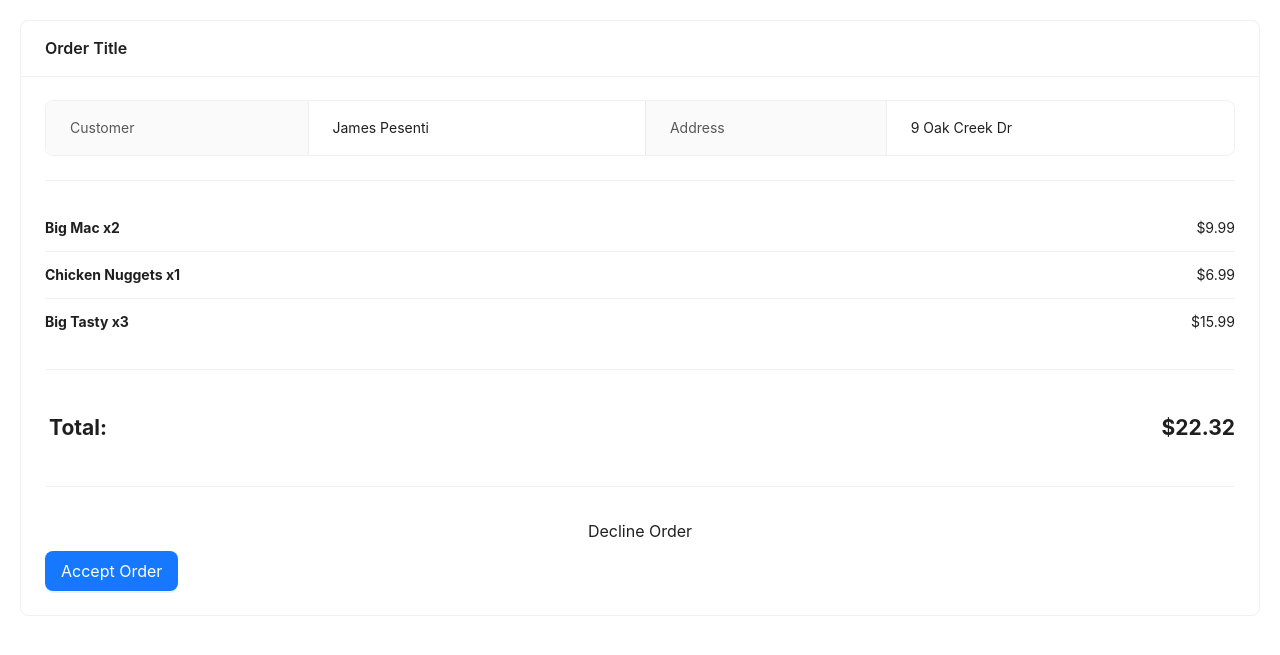
Repository: JamesPesenti/UberEatsDashboard
Page: /menu
These files come from the project's save history. The page is drawn as it stood at one moment and after the next save; the edit follows.
The browser window is 1280 px wide. The pictures show the whole page.
The project was rebuilt for these pictures with package versions that can differ from the ones it lists, and the page was loaded fresh each time.

Above is the page before, as saved 2023-02-25 07:06:39.

### src/index.js
import React from 'react';
import ReactDOM from 'react-dom/client';
import './index.css';
import App from './App';
// import "antd/dist/antd.css"


const root = ReactDOM.createRoot(document.getElementById('root'));
root.render(
  <React.StrictMode>
    <App />
  </React.StrictMode>
);

### src/App.js
import { Card, Descriptions, Divider, List, Button } from "antd"
import dishes from "../src/data/dishes.json"


function App() {
  return (
    <>
      <Card title={'Order Title'} style={{ margin: 20, marginVertical: 50}}>
        <Descriptions bordered column={{lg: 1, md: 1, sm: 1}}>
          <Descriptions.Item label="Customer">James Pesenti</Descriptions.Item>
          <Descriptions.Item label="Address">9 Oak Creek Dr</Descriptions.Item>
        </Descriptions>
        <Divider />
        <List
          dataSource={dishes}
          renderItem={(dishItem) => (
            <List.Item>
              <div style={{fontWeight: "bold"}}>{dishItem.name} x{dishItem.quantity}</div>
              <div>${dishItem.price}</div>
            </List.Item>
          )}
        />
        <Divider />
        <div style={styles.totalContainer}>
          <h2>Total:</h2>
          <h2 style={styles.totalPrice}>$22.32 </h2>
        </div>
        <Divider />
        <div style={styles.buttonContainer}>
            <Button block type="ghost" size="large">
              Decline Order
            </Button>
            <Button type="primary" size="large">
              Accept Order
            </Button>
        </div>
      </Card>
    </>
  );
}

const styles = {
  totalContainer: {
    flexDirection: "row",
    display: "flex",
    paddingLeft: 4
  },
  totalPrice: {
    marginLeft: "auto",
    fontWeight: "bold"
  },
  buttonContainer: {},
}

export default App;

Loaded but not shown: public/index.html (common file); src/index.css (common file); src/data/dishes.json (common file)

After the next save:
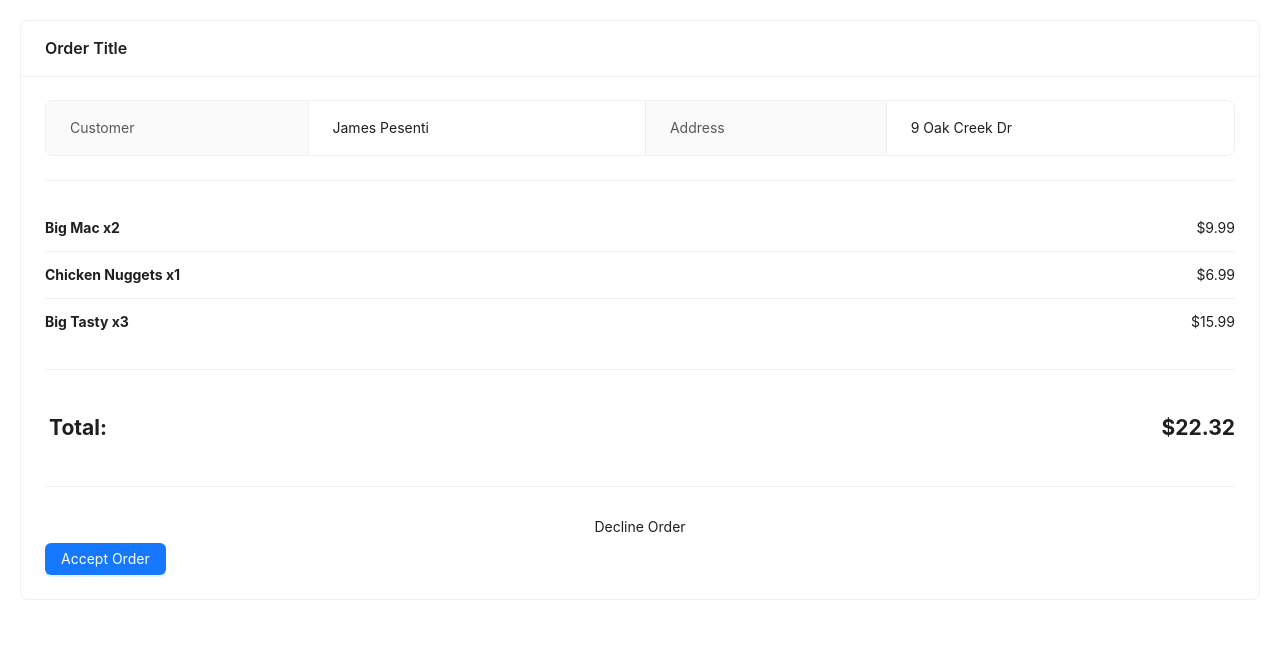
Saved 12 s later.
--- a/src/App.js
+++ b/src/App.js
@@ -27,10 +27,10 @@
         </div>
         <Divider />
         <div style={styles.buttonContainer}>
-            <Button block type="ghost" size="large">
+            <Button block type="ghost">
               Decline Order
             </Button>
-            <Button type="primary" size="large">
+            <Button type="primary">
               Accept Order
             </Button>
         </div>

After the save that followed:
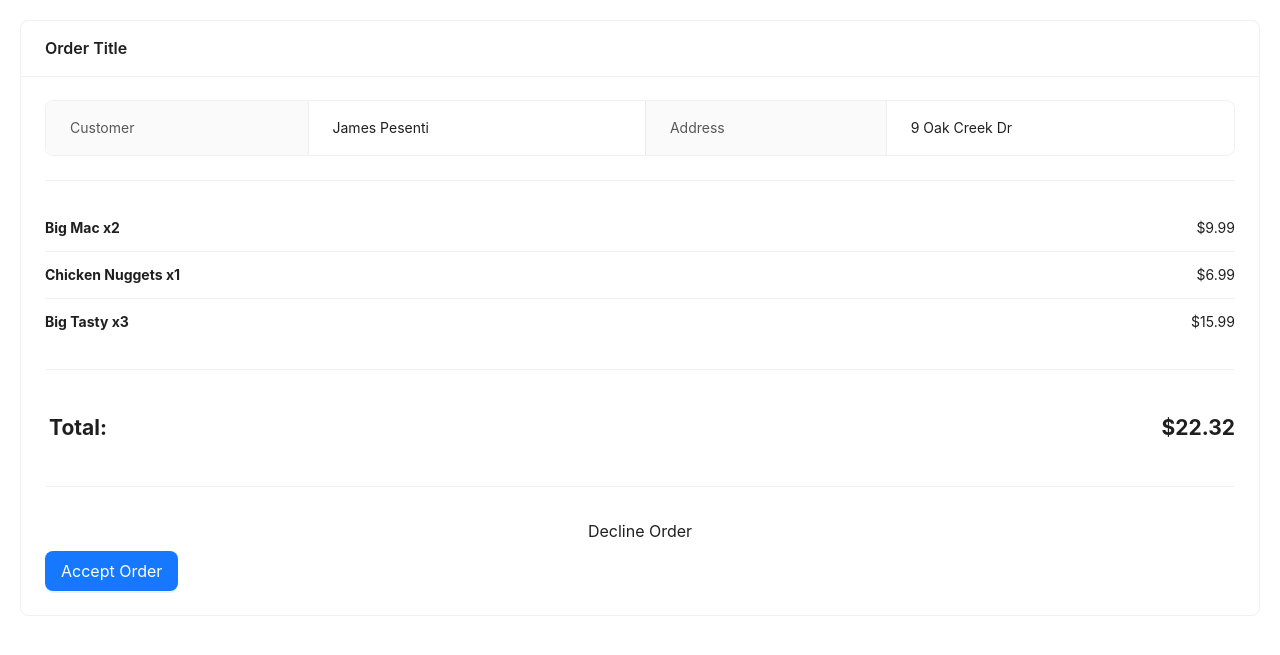
Saved 4 s later.
--- a/src/App.js
+++ b/src/App.js
@@ -27,10 +27,10 @@
         </div>
         <Divider />
         <div style={styles.buttonContainer}>
-            <Button block type="ghost">
+            <Button block type="ghost" size="large">
               Decline Order
             </Button>
-            <Button type="primary">
+            <Button type="primary" size="large">
               Accept Order
             </Button>
         </div>
